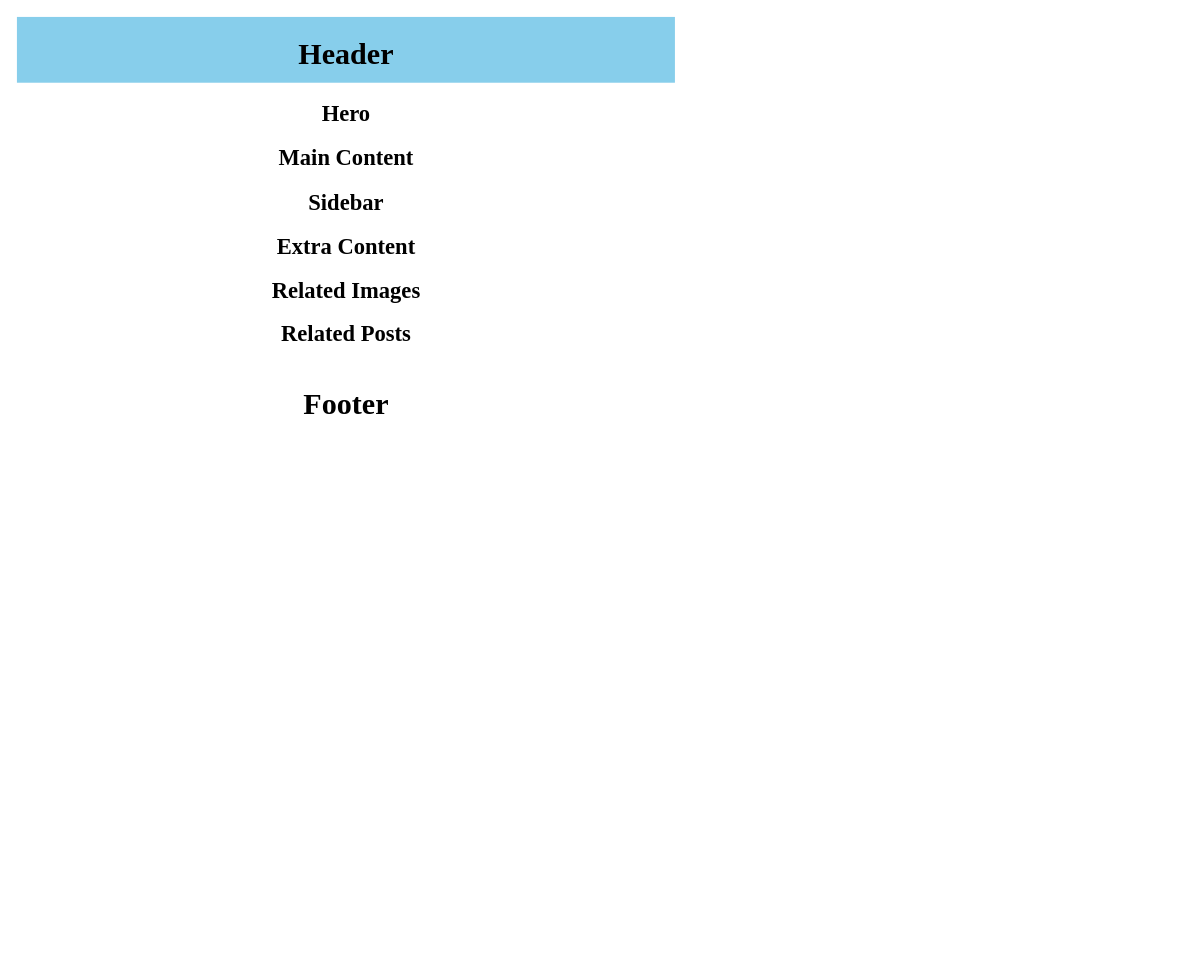
Repository: harshitanthal1/assignments_avisoft
Page: 01-02-2024/assignment_2/index.html
The author's editor kept a copy of each file at every save. The page is drawn from the files as they stood at one save, then again after the next save.
The browser window is 1280 px wide. The pictures show the whole page, at 94% of full size.

Above is the page before, as saved 2024-02-01 17:52:42.

### 01-02-2024/assignment_2/index.html
<!DOCTYPE html>
<html lang="en">
<head>
    <meta charset="UTF-8">
    <meta name="viewport" content="width=device-width, initial-scale=1.0">
    <title>Assignment 2</title>
    <link rel="stylesheet" href="styles/styles.css" />
</head>
<body>
    <div id="main-sec">
       <div id="header"><h1>Header</h1></div>
       <div id="main">
           <div id="sec1"><h2>Hero</h2></div>
           <div id="sec2"><h2>Main Content</h2></div>
           <div id="sec3"><h2>Sidebar</h2></div>
           <div id="sec4"><h2>Extra Content</h2></div>
           <div id="sec5"><h2>Related Images</h2></div>
           <div id="sec6"><h2>Related Posts</h2></div>
       </div>
       <div id="footer"><h1>Footer</h1></div>
    </div>
</body>
</html>

### 01-02-2024/assignment_2/styles/styles.css
#main-sec {
    display: flex;
    width: 700px;
    height: 1000px;

    flex-direction: column;
    text-align: center;
    padding: 10px;
}

#header {
    background-color: skyblue;
    width: 700px;
    height: 70px;

}

After the next save:
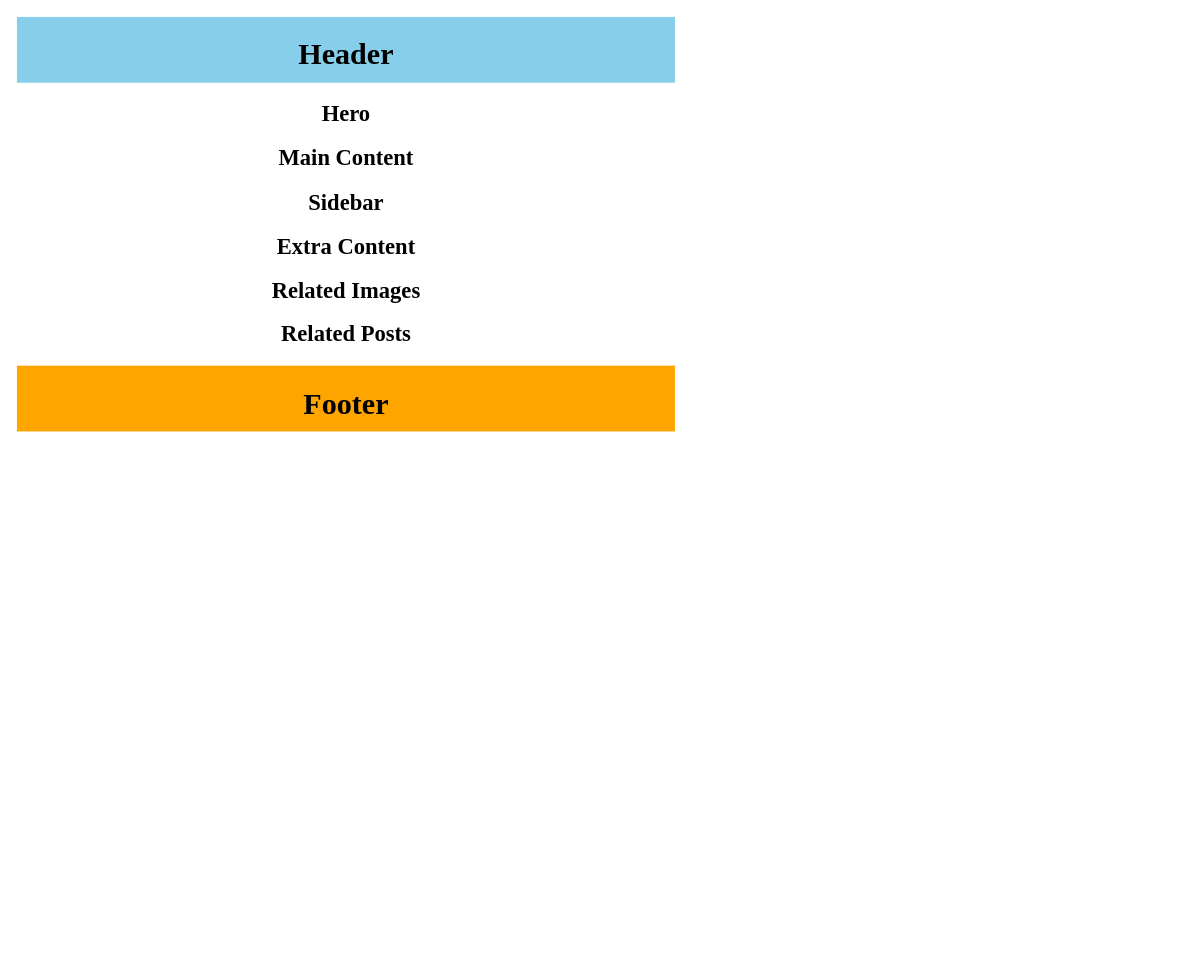
Saved 50 s later.
--- a/01-02-2024/assignment_2/styles/styles.css
+++ b/01-02-2024/assignment_2/styles/styles.css
@@ -14,3 +14,10 @@
     height: 70px;
 
 }
+
+#footer {
+    background-color: orange;
+    width: 700px;
+    height: 70px;
+
+}
